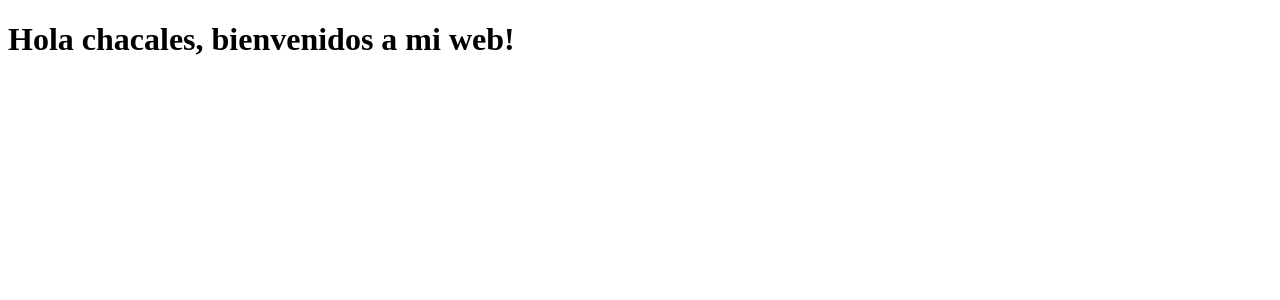
Repository: Alvaro13ht/myweb2
Page: root/myweb.html
The author's editor kept a copy of each file at every save. The page is drawn from the files as they stood at one save, then again after the next save.
The browser window is 1280 px wide. The pictures show the whole page.

Above is the page before, as saved 2024-02-05 12:07:54.

After the next save:
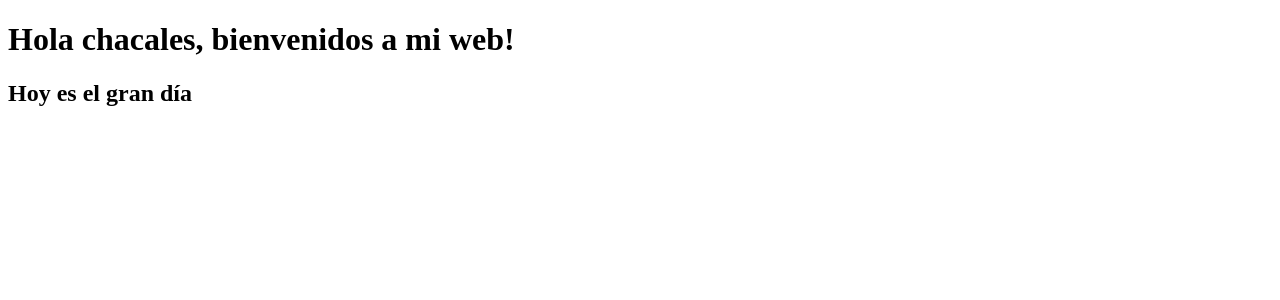
Saved 2 days later.
--- a/root/myweb.html
+++ b/root/myweb.html
@@ -10,6 +10,9 @@
         <h1>
             Hola chacales, bienvenidos a mi web!
         </h1>
+        <h2>
+            Hoy es el gran día
+        </h2>
     </div>
 
 </body>
